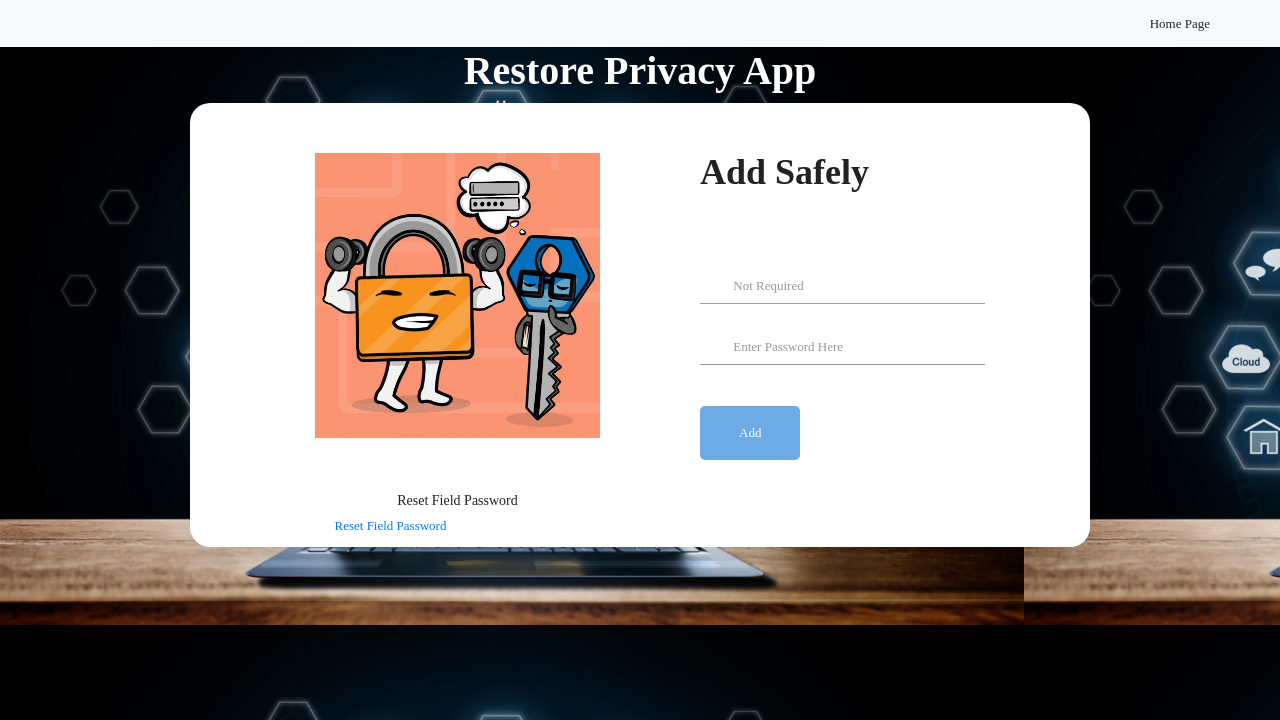
Repository: Sunil-731820/AllWorkingModels
Page: http://localhost/PasswordManagerApp/AddPassword.jsp
These files come from the project's save history. The page is drawn as it stood at one moment and after the next save; the edit follows.
The browser window is 1280 px wide. The pictures show the whole page.
Some web fonts or font styles are not loaded; a fallback is used. Some web libraries are served in a nearby version. The page is served by Tomcat 9. Other server files are loaded and not shown.

Above is the page before, as saved 2022-09-27 08:58:15.

### PasswordManagerApp/src/main/webapp/AddPassword.jsp
<%@page import="com.java.jsp.EncrptionOfPinCode"%>
<%@page import="com.java.jsp.AddPassword"%>
<%@page import="com.java.jsp.AddPasswordDAO"%>
<%@ page language="java" contentType="text/html; charset=ISO-8859-1"
    pageEncoding="ISO-8859-1"%>
<!DOCTYPE html>
<html>
<head>
<meta charset="ISO-8859-1">
<title>Insert title here</title>
<link rel="stylesheet" href="fonts/material-icon/css/material-design-iconic-font.min.css">
        <link rel="stylesheet"
              href="https://stackpath.bootstrapcdn.com/bootstrap/4.3.1/css/bootstrap.min.css">
        <link rel="stylesheet"
              href="https://maxcdn.bootstrapcdn.com/font-awesome/4.7.0/css/font-awesome.min.css">
        <script
        src="https://ajax.googleapis.com/ajax/libs/jquery/3.3.1/jquery.min.js"></script>
        <script
        src="https://cdnjs.cloudflare.com/ajax/libs/popper.js/1.14.7/umd/popper.min.js"></script>
        <script
        src="https://stackpath.bootstrapcdn.com/bootstrap/4.3.1/js/bootstrap.min.js"></script>
        <link
            href="//maxcdn.bootstrapcdn.com/bootstrap/4.0.0/css/bootstrap.min.css"
            rel="stylesheet" id="bootstrap-css">
        <script
        src="//maxcdn.bootstrapcdn.com/bootstrap/4.0.0/js/bootstrap.min.js"></script>
        <script
        src="//cdnjs.cloudflare.com/ajax/libs/jquery/3.2.1/jquery.min.js"></script>
        <link rel="stylesheet" href="css/register.css" type="text/css" />
         <style type="text/css">
        body {
            background-image: url("img/pass4.jpeg");
            background-color: #cccccc;
        }
        .img-rounded {
            height: 100%;
            width: 100%;
        }
        h1 {
            color: white;
            text-align: center;
        }
    </style>
</head>
<body>
<%
	AddPasswordDAO dao = new AddPasswordDAO();
	EncrptionOfPinCode erc1 = new EncrptionOfPinCode();

%>
<nav class="navbar navbar-expand-md navbar-light bg-light">
            <a href="#" class="navbar-brand">
            </a>
            <button type="button" class="navbar-toggler" data-toggle="collapse"
                    data-target="#navbarCollapse">
                <span class="navbar-toggler-icon"></span>
            </button>

            <div class="collapse navbar-collapse" id="navbarCollapse">
                <div class="navbar-nav ml-auto" style="margin-right: 30px;">
                    <a class="dropdown-item" href="HomePage.jsp">Home Page</a>
                </div>
            </div>
        </nav>
        <div>
            <h1>
                <b> Restore Privacy App </b>
            </h1>
        </div>
        <!-- Sing in  Form -->
        <form action="AddPassword.jsp" method="get">
            <section class="sign-in">
                <div class="container">
                    <div class="signin-content">
                        <div class="signin-image">
                            <figure><img src="img/addPassImg.jpg" alt="sing up image"></figure>
                            <a href="AddPassword.jsp" class="signup-image-link">Reset Field Password </a>&nbsp;&nbsp;&nbsp;&nbsp;&nbsp;
                            <a href="AddPassword.jsp">Reset Field Password </a>
                        </div>

                        <div class="signin-form">
                            <h2 class="form-title">Add Safely</h2>

                            <form method="get" class="register-form" id="login-form">
                             &nbsp;&nbsp;&nbsp;&nbsp;&nbsp;&nbsp;&nbsp;&nbsp;&nbsp;&nbsp;<h4></h4>
                                <div class="form-group">
                                    <label for="your_name"><i class="zmdi zmdi-account material-icons-name"></i></label>
                                    <input type="number" name="normal" id="your_name" placeholder=" Not Required " />
                                </div>

                                <div class="form-group">
                                    <label for="your_name"><i class="zmdi zmdi-account material-icons-name"></i></label>
                                    <input type="text" name="AddPassword" id="your_name" placeholder=" Enter Password Here " required="required"/>
                                </div>

                                <div class="form-group form-button">
                                    <input type="submit" name="signin" id="signin" class="form-submit" value="Add"/>
                                </div>
                            </form>
                        </div>
                    </div>
                </div>
            </section>
        </form>

        <%
        	if(request.getParameter("AddPassword")!=null || request.getParameter("normal")!=null){
        		AddPassword add = new AddPassword();
        		String AddPassword = request.getParameter("AddPassword");
            	String addP =  erc1.encrypt(AddPassword);
        		add.setAddPassword(addP);
        		dao.addPassWordSafely(add);

        		 %>
            	 <jsp:forward page="PasswordAddedSuccessFully.jsp"/>

            	<%
            }
            %>

</body>
</html>

### PasswordManagerApp/src/main/java/com/java/jsp/AddPasswordDAO.java
package com.java.jsp;

import java.sql.Connection;
import java.sql.PreparedStatement;
import java.sql.SQLException;

public class AddPasswordDAO {

	Connection connection;
	PreparedStatement pst;

	public String addPassWordSafely(AddPassword AddPassword) throws ClassNotFoundException, SQLException {
		connection = ConnectionHelper.getConnection();
		String cmd = "insert into savepassword(AddPassword)"+
				" values (?)";
		pst  = connection.prepareStatement(cmd);
		pst.setString(1, AddPassword.getAddPassword());
		pst.executeUpdate();
		return "Password is addess Suceesfully";

	}

}

### PasswordManagerApp/src/main/java/com/java/jsp/EncrptionOfPinCode.java
package com.java.jsp;
import java.nio.charset.StandardCharsets;
import java.security.spec.KeySpec;
import java.util.Base64;
import java.util.Scanner;

import javax.crypto.Cipher;
import javax.crypto.SecretKey;
import javax.crypto.SecretKeyFactory;
import javax.crypto.spec.IvParameterSpec;
import javax.crypto.spec.PBEKeySpec;
import javax.crypto.spec.SecretKeySpec;

public class EncrptionOfPinCode {
	private static final String SECRET_KEY
    = "my_super_secret_key_ho_ho_ho";

    private static final String SALT = "ssshhhhhhhhhhh!!!!";

// This method use to encrypt to string
public static String encrypt(String strToEncrypt)
{
    try {

        // Create default byte array
        byte[] iv = { 0, 0, 0, 0, 0, 0, 0, 0,
                      0, 0, 0, 0, 0, 0, 0, 0 };
        IvParameterSpec ivspec
            = new IvParameterSpec(iv);

        // Create SecretKeyFactory object
        SecretKeyFactory factory
            = SecretKeyFactory.getInstance(
                "PBKDF2WithHmacSHA256");

        // Create KeySpec object and assign with
        // constructor
        KeySpec spec = new PBEKeySpec(
            SECRET_KEY.toCharArray(), SALT.getBytes(),
            65536, 256);
        SecretKey tmp = factory.generateSecret(spec);
        SecretKeySpec secretKey = new SecretKeySpec(
            tmp.getEncoded(), "AES");

        Cipher cipher = Cipher.getInstance(
            "AES/CBC/PKCS5Padding");
        cipher.init(Cipher.ENCRYPT_MODE, secretKey,
                    ivspec);
        // Return encrypted string
        return Base64.getEncoder().encodeToString(
            cipher.doFinal(strToEncrypt.getBytes(
                StandardCharsets.UTF_8)));
    }
    catch (Exception e) {
        System.out.println("Error while encrypting: "
                           + e.toString());
    }
    return null;

	}
}

Loaded but not shown: PasswordManagerApp/src/main/webapp/css/register.css (590 lines, source omitted)

After the next save:
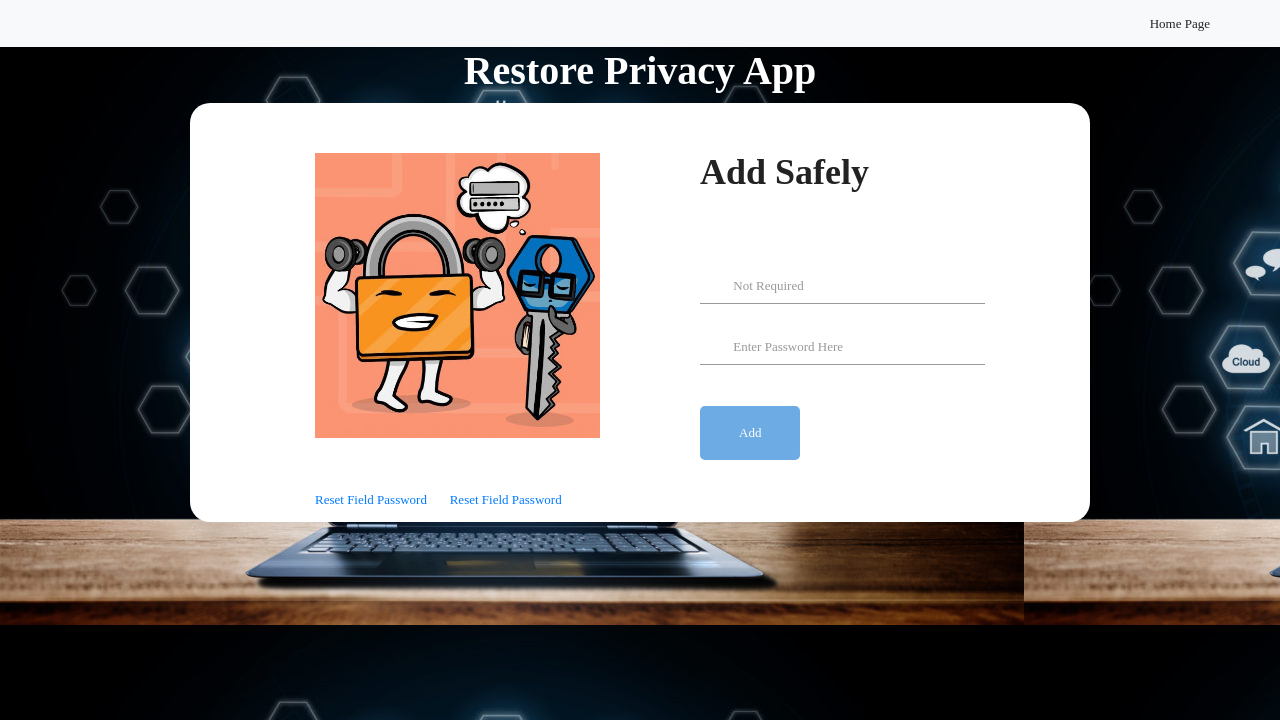
Saved 20 s later.
--- a/PasswordManagerApp/src/main/webapp/AddPassword.jsp
+++ b/PasswordManagerApp/src/main/webapp/AddPassword.jsp
@@ -74,7 +74,7 @@
                     <div class="signin-content">
                         <div class="signin-image">
                             <figure><img src="img/addPassImg.jpg" alt="sing up image"></figure>
-                            <a href="AddPassword.jsp" class="signup-image-link">Reset Field Password </a>&nbsp;&nbsp;&nbsp;&nbsp;&nbsp;
+                            <a href="AddPassword.jsp">Reset Field Password </a>&nbsp;&nbsp;&nbsp;&nbsp;&nbsp;
                             <a href="AddPassword.jsp">Reset Field Password </a>
                         </div>
 
